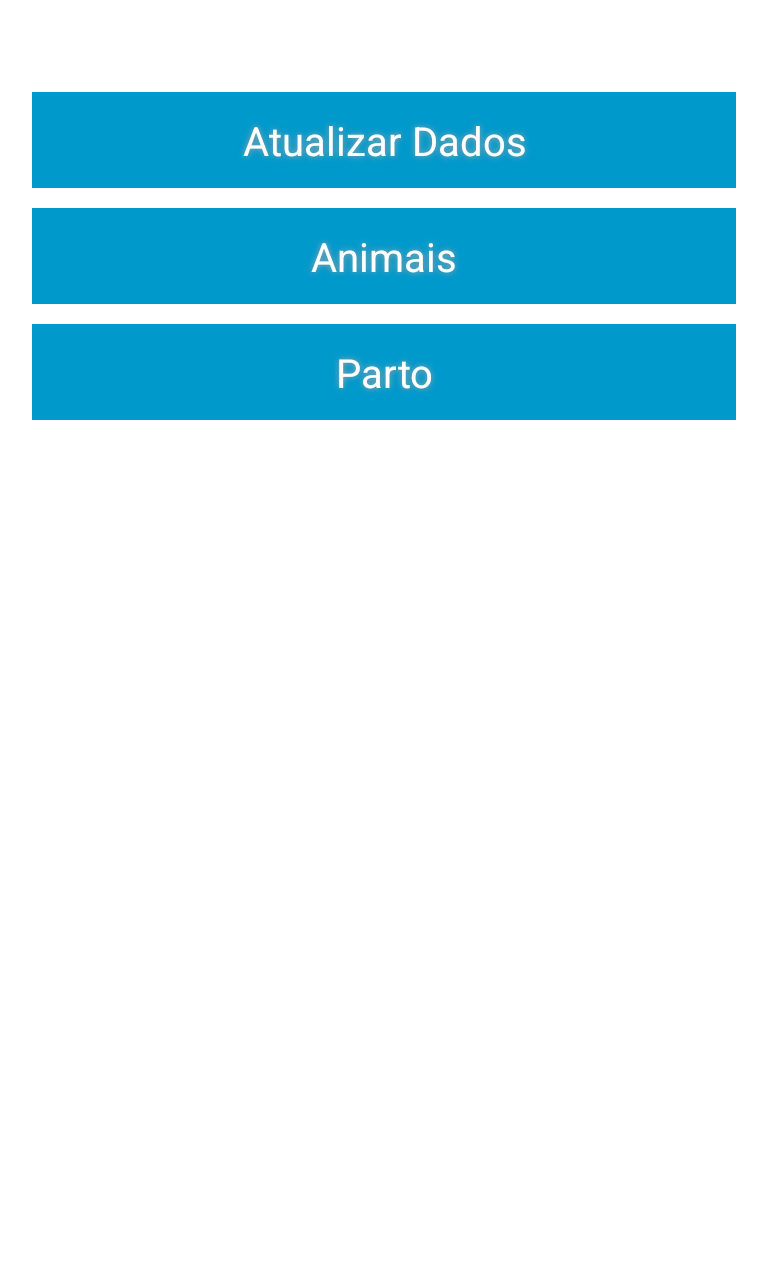
Repository: vpamaral/TaurusMobile
Layout: TaurusMobile/res/layout/activity_main.xml
These files come from the project's save history. The layout is drawn as it stood at one moment and after the next save; the edit follows.
It is drawn on a 768 x 1280 px phone screen (xhdpi) without system bars, with theme AppTheme; the app's code is not run.

Above is the layout before, as saved 2015-05-15 16:47:58.

### TaurusMobile/res/layout/activity_main.xml
<LinearLayout xmlns:android="http://schemas.android.com/apk/res/android"
    xmlns:tools="http://schemas.android.com/tools"
    android:layout_width="match_parent"
    android:layout_height="match_parent"
    android:orientation="vertical"
    android:paddingBottom="@dimen/activity_vertical_margin"
    android:paddingLeft="@dimen/activity_horizontal_margin"
    android:paddingRight="@dimen/activity_horizontal_margin"
    android:paddingTop="@dimen/activity_vertical_margin"
    tools:context="br.com.taurusmobile.ui.MainActivity" >

    <LinearLayout
        android:id="@+id/linearLayout1"
        android:layout_width="fill_parent"
        android:layout_height="wrap_content" >

        <Button
            android:id="@+id/btn_atualiza"
            android:layout_width="match_parent"
            android:layout_height="wrap_content"

            android:layout_marginTop="30dp"
            android:background="@drawable/btn_selector"
            android:shadowColor="#A8A8A8"
            android:shadowDx="0"
            android:shadowDy="0"
            android:shadowRadius="5"
            android:text="Atualizar Dados"
            android:textColor="#FFFFFF"
            android:textSize="20sp" />
    </LinearLayout>

    <LinearLayout
        android:id="@+id/linearLayout2"
        android:layout_width="fill_parent"
        android:layout_height="wrap_content" >

        <Button
            android:id="@+id/btn_animal"
            android:layout_width="match_parent"
            android:layout_height="wrap_content"
            android:layout_alignLeft="@+id/btn_atualiza"
            android:layout_below="@+id/btn_atualiza"
            android:layout_marginTop="10dp"
            android:background="@drawable/btn_selector"
            android:shadowColor="#A8A8A8"
            android:shadowDx="0"
            android:shadowDy="0"
            android:shadowRadius="5"
            android:text="Animais"
            android:textColor="#FFFFFF"
            android:textSize="20sp" />
    </LinearLayout>

    <LinearLayout
        android:id="@+id/linearLayout3"
        android:layout_width="fill_parent"
        android:layout_height="wrap_content" >

        <Button
            android:id="@+id/btn_parto"
            android:layout_width="match_parent"
            android:layout_height="wrap_content"
            android:layout_alignLeft="@+id/btn_animal"
            android:layout_below="@+id/btn_animal"
            android:layout_marginTop="10dp"
            android:background="@drawable/btn_selector"
            android:shadowColor="#A8A8A8"
            android:shadowDx="0"
            android:shadowDy="0"
            android:shadowRadius="5"
            android:text="Parto"
            android:textColor="#FFFFFF"
            android:textSize="20sp" />
    </LinearLayout>

</LinearLayout>

### TaurusMobile/res/drawable/btn_selector.xml
<?xml version="1.0" encoding="utf-8"?>
<selector xmlns:android="http://schemas.android.com/apk/res/android" android:shape="rectangle">
    <item android:drawable="@android:color/holo_blue_light" android:state_pressed="true"/>
     <item android:drawable="@android:color/holo_blue_dark"/>
</selector>

Loaded but not shown: TaurusMobile/res/values/styles.xml (common file); TaurusMobile/res/values-v11/styles.xml (common file); TaurusMobile/res/values-v14/styles.xml (common file); TaurusMobile/res/values/dimens.xml (common file); TaurusMobile/res/values-w820dp/dimens.xml (common file)

After the next save:
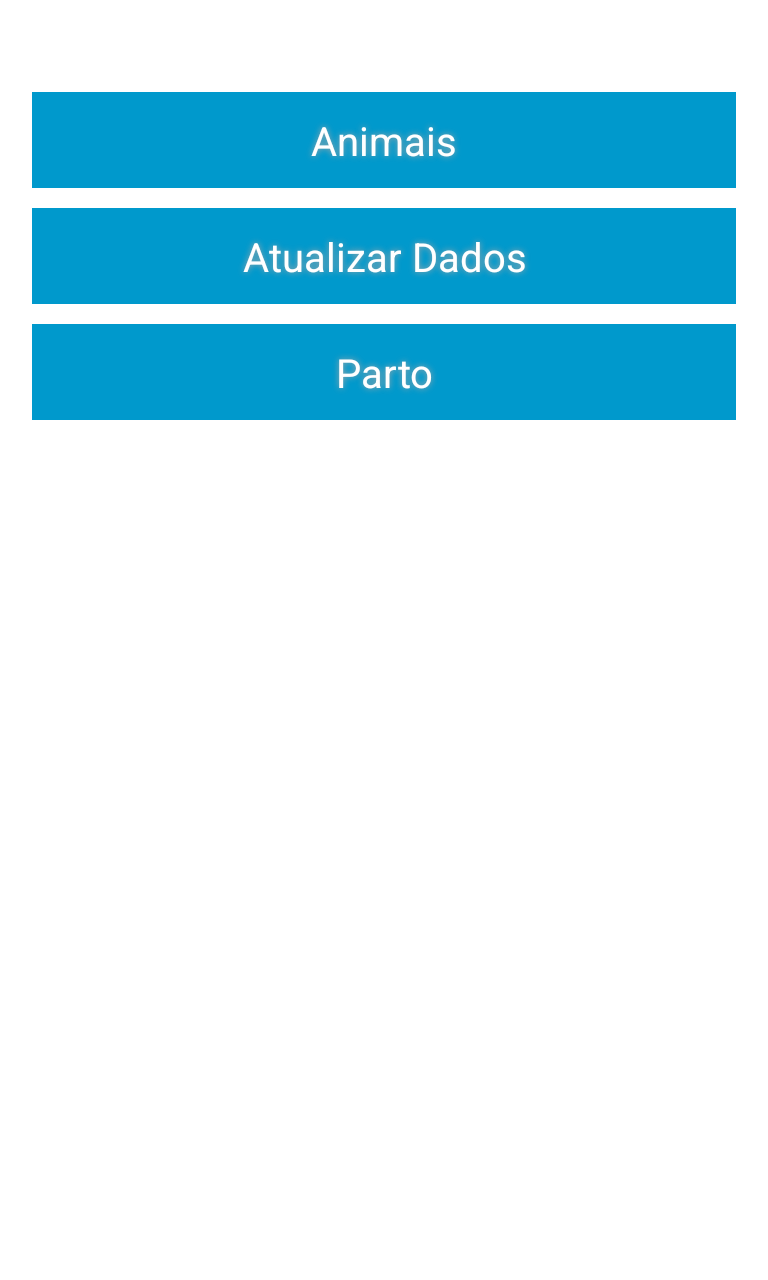
Saved 101 s later.
--- a/TaurusMobile/res/layout/activity_main.xml
+++ b/TaurusMobile/res/layout/activity_main.xml
@@ -15,17 +15,18 @@
         android:layout_height="wrap_content" >
 
         <Button
-            android:id="@+id/btn_atualiza"
+            android:id="@+id/btn_animal"
             android:layout_width="match_parent"
             android:layout_height="wrap_content"
-
+            android:layout_alignLeft="@+id/btn_atualiza"
+            android:layout_below="@+id/btn_atualiza"
             android:layout_marginTop="30dp"
             android:background="@drawable/btn_selector"
             android:shadowColor="#A8A8A8"
             android:shadowDx="0"
             android:shadowDy="0"
             android:shadowRadius="5"
-            android:text="Atualizar Dados"
+            android:text="Animais"
             android:textColor="#FFFFFF"
             android:textSize="20sp" />
     </LinearLayout>
@@ -36,18 +37,18 @@
         android:layout_height="wrap_content" >
 
         <Button
-            android:id="@+id/btn_animal"
+            android:id="@+id/btn_atualiza"
             android:layout_width="match_parent"
             android:layout_height="wrap_content"
-            android:layout_alignLeft="@+id/btn_atualiza"
-            android:layout_below="@+id/btn_atualiza"
+            android:layout_alignParentTop="true"
+            android:layout_centerHorizontal="true"
             android:layout_marginTop="10dp"
             android:background="@drawable/btn_selector"
             android:shadowColor="#A8A8A8"
             android:shadowDx="0"
             android:shadowDy="0"
             android:shadowRadius="5"
-            android:text="Animais"
+            android:text="Atualizar Dados"
             android:textColor="#FFFFFF"
             android:textSize="20sp" />
     </LinearLayout>
